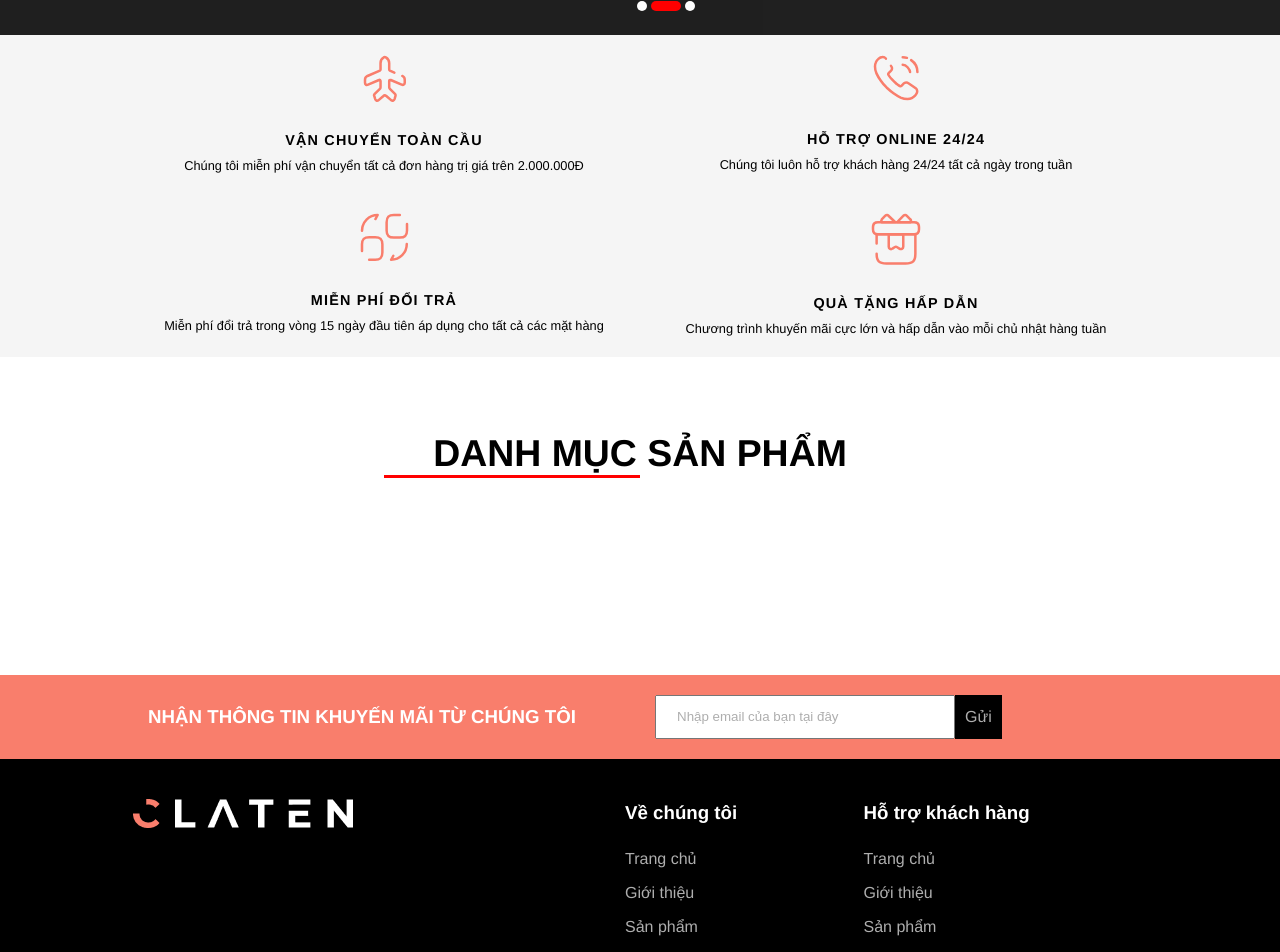
Repository: RennoPMXK/doan
Page: index.html
These files come from the project's save history. The page is drawn as it stood at one moment and after the next save; the edit follows.
The browser window is 1280 px wide. The pictures show the part of the page from y = 538 to 1490 px (the page is 1839 px tall).
Pictures or frames that could not be fetched are drawn as grey boxes.

Above is the page before, as saved 2021-11-16 20:37:31.

After the next save:
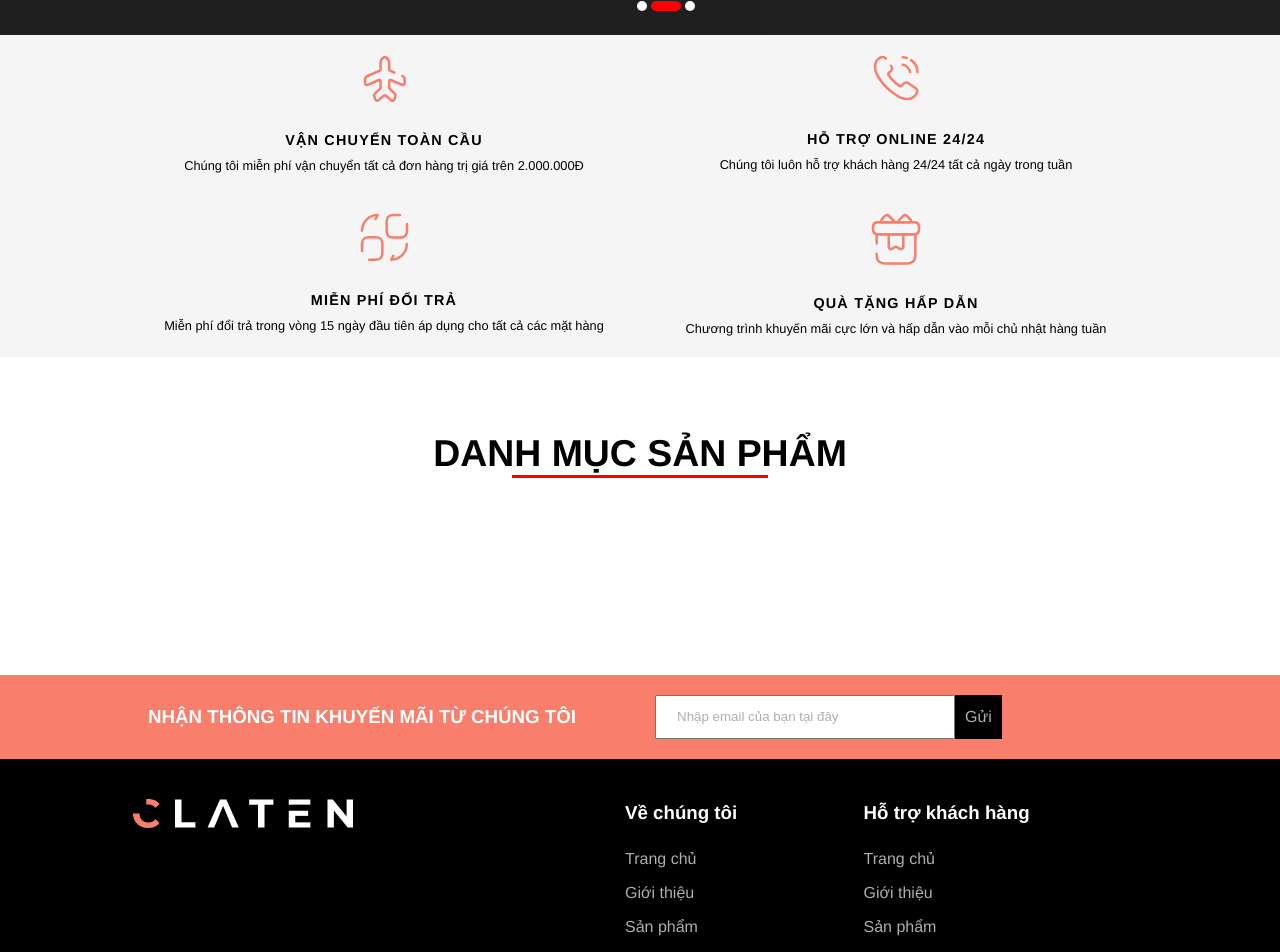
Saved 5 s later.
--- a/style.css
+++ b/style.css
@@ -386,7 +386,7 @@ section {
 
 .title-line{
    position: absolute;
-   left: 30%;
+   left: 40%;
    background-color: red;
    height: 3px;
    width: 20%;
